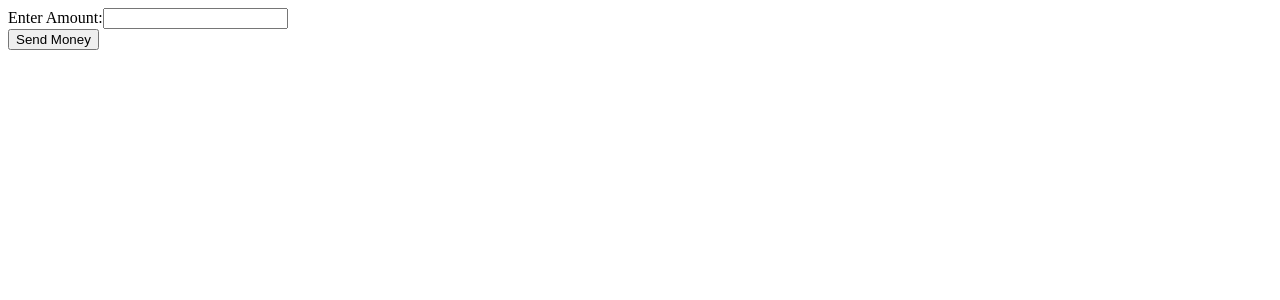
Repository: ayushiagrawal083/BasicBankingSystem
Page: Bank/WebContent/sendmoney.html
An editor plug-in stored every save of this project. The page is shown before and after the next save, followed by the edit.
The browser window is 1280 px wide. The pictures show the whole page.

Above is the page before, as saved 2022-10-15 09:58:20.

### Bank/WebContent/sendmoney.html
<form action="money.jsp" method="post">
Enter Amount:<input type="number" name="money" /><br />
<input type="submit" value="Send Money"/>

</form>

After the next save:
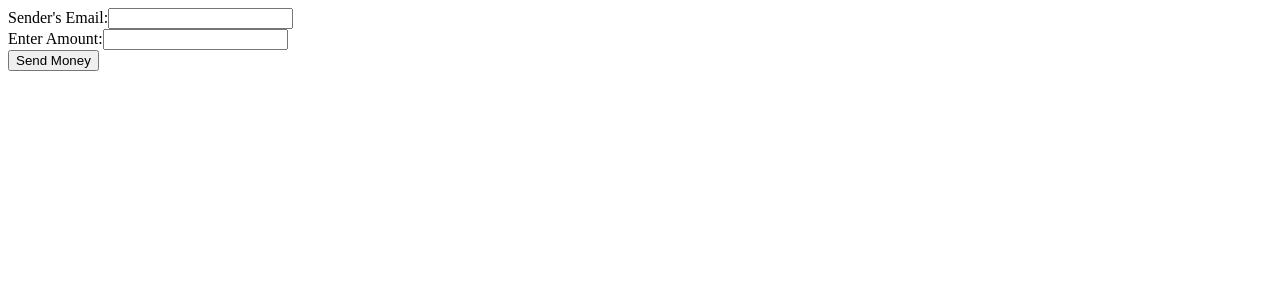
Saved 6 h 50 min later.
--- a/Bank/WebContent/sendmoney.html
+++ b/Bank/WebContent/sendmoney.html
@@ -1,4 +1,5 @@
 <form action="money.jsp" method="post">
+Sender's Email:<input type="email" name="email" /><br />
 Enter Amount:<input type="number" name="money" /><br />
 <input type="submit" value="Send Money"/>
 
